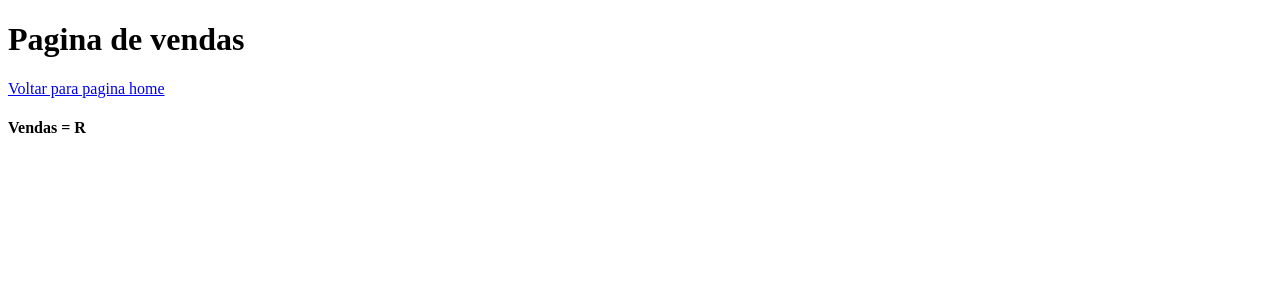
Repository: Rodrigo285/site-de-vendas
Page: vendas.html
These files come from the project's save history. The page is drawn as it stood at one moment and after a run of saves; the edit follows.
The browser window is 1280 px wide. The pictures show the whole page.

Above is the page before, as saved 2024-09-20 23:27:21.

### vendas.html
<!DOCTYPE html>
<html lang="en">
<head>
    <meta charset="UTF-8">
    <meta name="viewport" content="width=device-width, initial-scale=1.0">
    <title>Document</title>
</head>
<body>
    <h1>Pagina de vendas</h1>
    <a href="index.html">Voltar para pagina home</a>
    <h4>Vendas = R</h4>
</body>
</html>

After the next 2 saves:
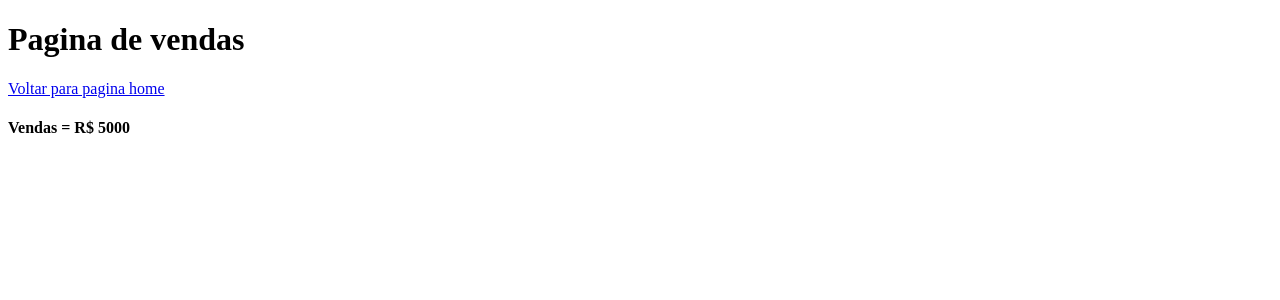
The 2 saves are shown as one change because they came seconds apart.
The last was saved 6 s later.
--- a/vendas.html
+++ b/vendas.html
@@ -8,6 +8,6 @@
 <body>
     <h1>Pagina de vendas</h1>
     <a href="index.html">Voltar para pagina home</a>
-    <h4>Vendas = R</h4>
+    <h4>Vendas = R$ 5000</h4>
 </body>
 </html>
